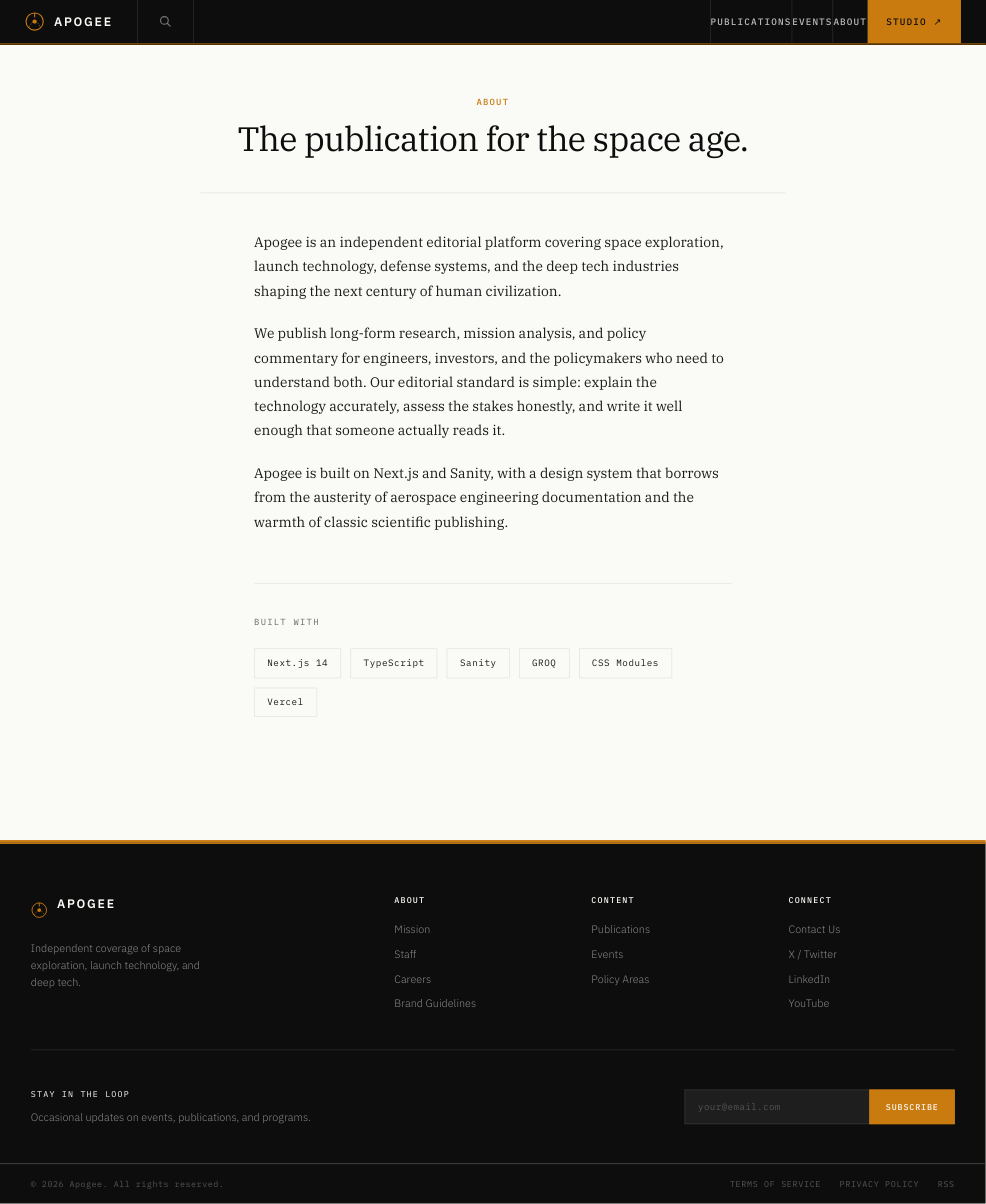
Repository: aricmoore/apogee
Page: /about
The author's editor kept a copy of each file at every save. The page is drawn from the files as they stood at one save, then again after the next save.
The browser window is 1280 px wide. The pictures show the whole page, at 77% of full size.
The project was rebuilt for these pictures with package versions that can differ from the ones it lists, and the page was loaded fresh each time. The framework's server and built-in components were replaced by stand-ins that run in the browser. Also part of the build but not shown: next.config.ts.

Above is the page before, as saved 2026-04-12 21:39:24.

After the next save:
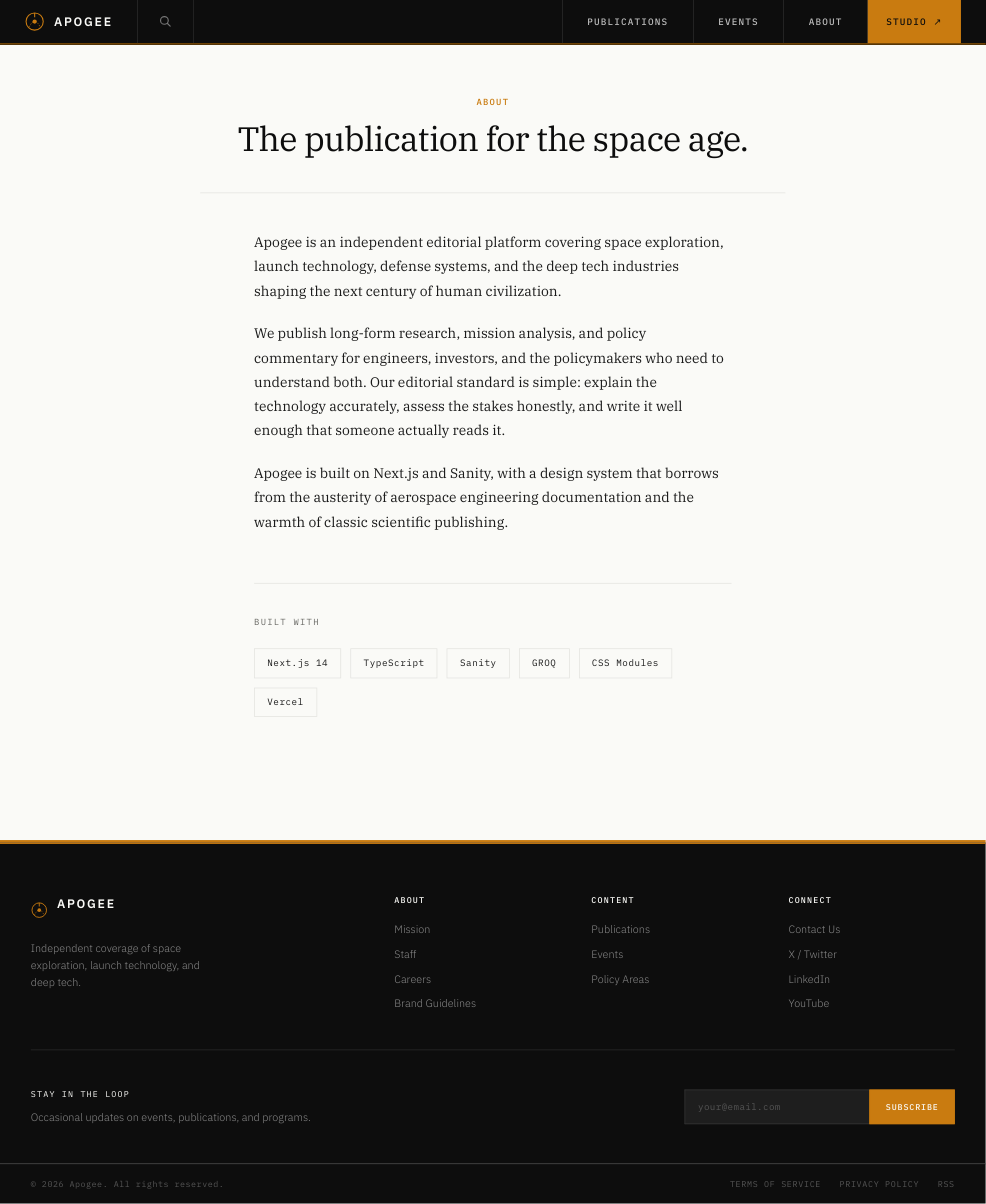
Saved 9 s later.
--- a/src/components/Nav.module.css
+++ b/src/components/Nav.module.css
@@ -112,7 +112,7 @@
   letter-spacing: 0.12em;
   text-transform: uppercase;
   color: #BBBBBB;
-  padding: 0 var(--space-7);
+  padding: 0 var(--space-8);
   border-left: 1px solid #2a2a2a;
   transition: color 0.15s;
   white-space: nowrap;
